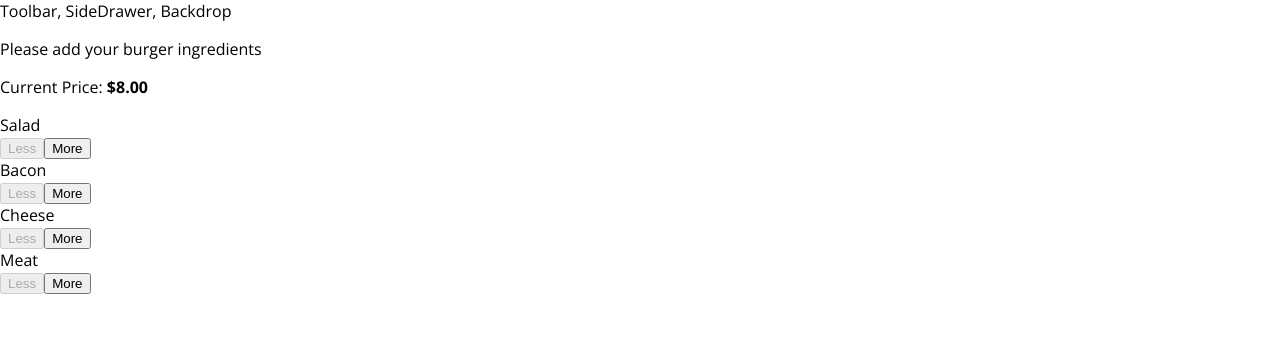
Repository: legil/burger-app
Page: /
These files come from the project's save history. The page is drawn as it stood at one moment and after the next save; the edit follows.
The browser window is 1280 px wide. The pictures show the whole page.
The project was rebuilt for these pictures with package versions that can differ from the ones it lists, and the page was loaded fresh each time. Also part of the build but not shown: src/components/Layout/Layout.css, src/components/Burger/Burger.css, src/components/Burger/BurgerIngredient/BurgerIngredient.css, src/components/Burger/BuildControls/BuildControls.css, src/components/Burger/BuildControl/BuildControl.css.

Above is the page before, as saved 2019-04-19 14:58:03.

After the next save:
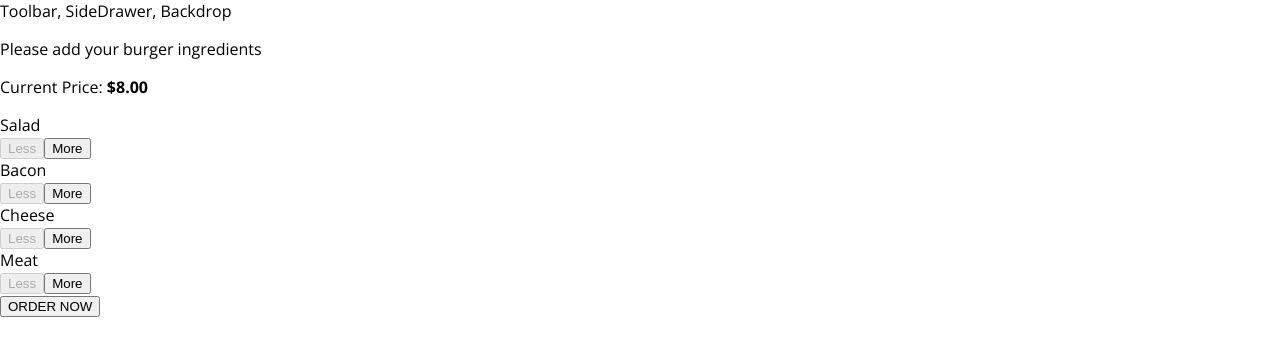
Saved 29 s later.
--- a/src/components/Burger/BuildControls/BuildControls.js
+++ b/src/components/Burger/BuildControls/BuildControls.js
@@ -21,6 +21,7 @@ const buildControls = (props) => (
                           removed={() => props.ingredientRemoved(ctrl.type)}
                           disabled={props.disabled[ctrl.type]} />
         ))}
+        <button className={classes.OrderButton}>ORDER NOW</button>
     </div>
 );
 
